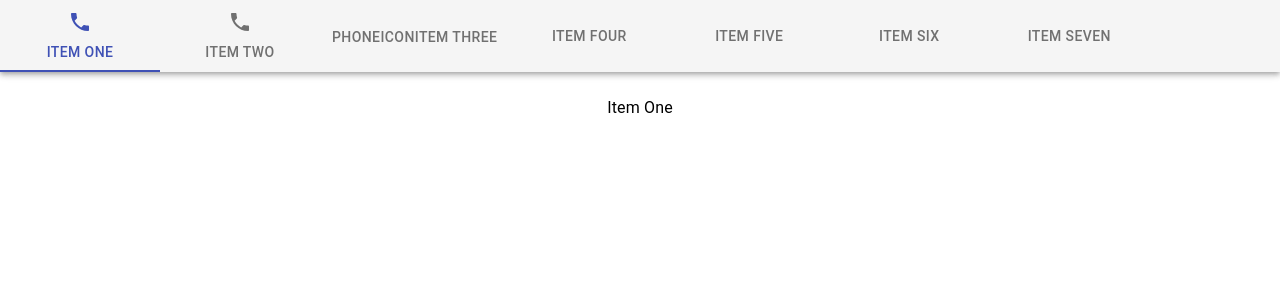
Repository: hossamsulleman1/CONTACTME
Page: / (app in my-app/)
An editor plug-in stored every save of this project. The page is shown before and after a run of saves, followed by the edit.
The browser window is 1280 px wide. The pictures show the whole page.
The project was rebuilt for these pictures with package versions that can differ from the ones it lists, and the page was loaded fresh each time.

Above is the page before, as saved 2020-11-07 13:40:46.

### my-app/src/App.js
import logo from './logo.svg';
import './App.css';
import IconNav from './Components/IconNav';

function App() {
  return (
    <div className="App">
<IconNav>

</IconNav>
    </div>
  );
}

export default App;

### my-app/src/Components/IconNav.jsx
import React from "react";
import PropTypes from "prop-types";
import { makeStyles } from "@material-ui/core/styles";
import AppBar from "@material-ui/core/AppBar";
import Tabs from "@material-ui/core/Tabs";
import Tab from "@material-ui/core/Tab";
import Typography from "@material-ui/core/Typography";
import Box from "@material-ui/core/Box";
import PhoneIcon from "@material-ui/icons/Phone";

function TabPanel(props) {
  const { children, value, index, ...other } = props;

  return (
    <div
      role="tabpanel"
      hidden={value !== index}
      id={`scrollable-auto-tabpanel-${index}`}
      aria-labelledby={`scrollable-auto-tab-${index}`}
      {...other}
    >
      {value === index && (
        <Box p={3}>
          <Typography>{children}</Typography>
        </Box>
      )}
    </div>
  );
}

TabPanel.propTypes = {
  children: PropTypes.node,
  index: PropTypes.any.isRequired,
  value: PropTypes.any.isRequired,
};

function a11yProps(index) {
  return {
    id: `scrollable-auto-tab-${index}`,
    "aria-controls": `scrollable-auto-tabpanel-${index}`,
  };
}

const useStyles = makeStyles((theme) => ({
  root: {
    flexGrow: 1,
    width: "100%",
    backgroundColor: theme.palette.background.paper,
  },
}));

export default function IconNav() {
  const classes = useStyles();
  const [value, setValue] = React.useState(0);

  const handleChange = (event, newValue) => {
    setValue(newValue);
  };

  return (
    <div className={classes.root}>
      <AppBar position="static" color="default">
        <Tabs
          value={value}
          onChange={handleChange}
          indicatorColor="primary"
          textColor="primary"
          variant="scrollable"
          scrollButtons="auto"
          aria-label="scrollable auto tabs example"
        >
          <Tab icon={<PhoneIcon />} label="Item One" {...a11yProps(0)} />
          <Tab icon={<PhoneIcon />} label="Item Two" {...a11yProps(1)} />
          <Tab icon="PhoneIcon" label="Item Three" {...a11yProps(2)} />
          <Tab label="Item Four" {...a11yProps(3)} />
          <Tab label="Item Five" {...a11yProps(4)} />
          <Tab label="Item Six" {...a11yProps(5)} />
          <Tab label="Item Seven" {...a11yProps(6)} />
        </Tabs>
      </AppBar>
      <TabPanel value={value} index={0}>
        Item One
      </TabPanel>
      <TabPanel value={value} index={1}>
        Item Two
      </TabPanel>
      <TabPanel value={value} index={2}>
        Item Three
      </TabPanel>
      <TabPanel value={value} index={3}>
        Item Four
      </TabPanel>
      <TabPanel value={value} index={4}>
        Item Five
      </TabPanel>
      <TabPanel value={value} index={5}>
        Item Six
      </TabPanel>
      <TabPanel value={value} index={6}>
        Item Seven
      </TabPanel>
    </div>
  );
}

Loaded but not shown: my-app/public/index.html (common file); my-app/src/index.js (common file); my-app/src/index.css (common file); my-app/src/reportWebVitals.js (common file); my-app/src/App.css (common file)

After the next 2 saves:
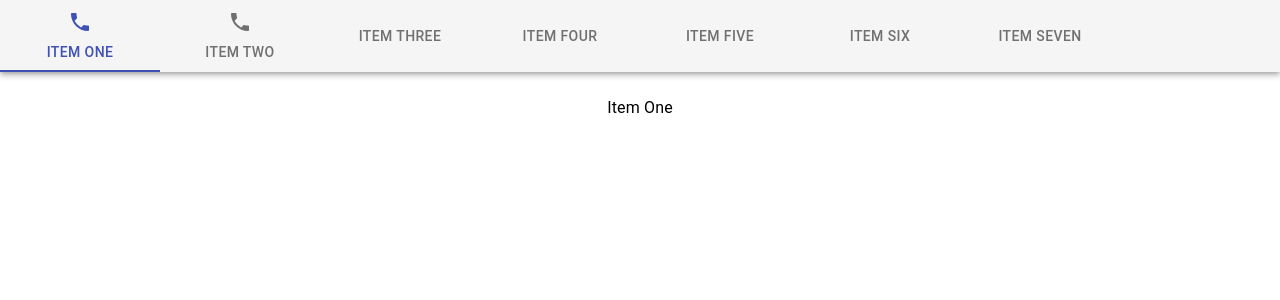
The 2 saves are shown as one change because they came seconds apart.
The last was saved 14 s later.
--- a/my-app/src/Components/IconNav.jsx
+++ b/my-app/src/Components/IconNav.jsx
@@ -71,7 +71,7 @@ export default function IconNav() {
         >
           <Tab icon={<PhoneIcon />} label="Item One" {...a11yProps(0)} />
           <Tab icon={<PhoneIcon />} label="Item Two" {...a11yProps(1)} />
-          <Tab icon="PhoneIcon" label="Item Three" {...a11yProps(2)} />
+          <Tab label="Item Three" {...a11yProps(2)} />
           <Tab label="Item Four" {...a11yProps(3)} />
           <Tab label="Item Five" {...a11yProps(4)} />
           <Tab label="Item Six" {...a11yProps(5)} />
